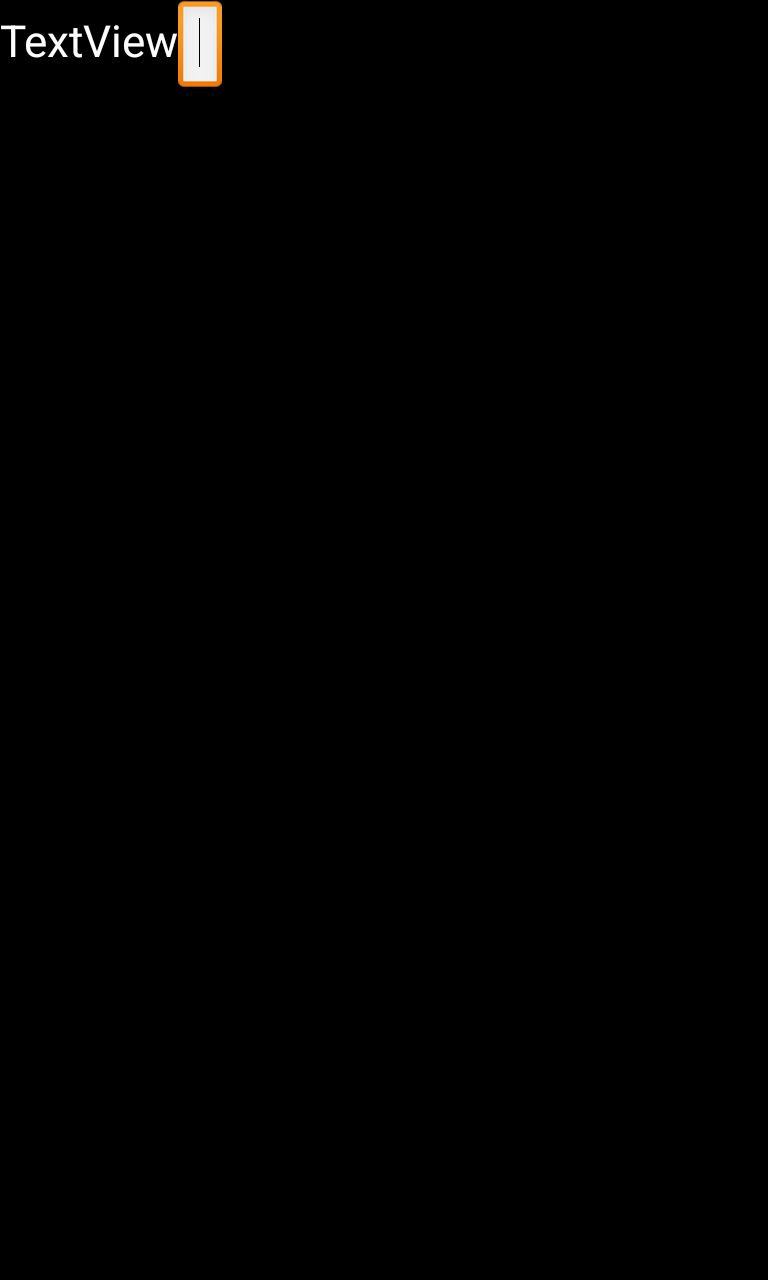
Repository: ebu/ebu-broadcast-hotspot
Layout: eclipse/broadcastinghotspot/res/layout/configuration.xml
These files come from the project's save history. The layout is drawn as it stood at one moment and after the next save; the edit follows.
It is drawn on a 768 x 1280 px phone screen (xhdpi) without system bars, with theme android:Theme; the app's code is not run.

Above is the layout before, as saved 2011-08-29 15:24:00.

### eclipse/broadcastinghotspot/res/layout/configuration.xml
<?xml version="1.0" encoding="utf-8"?>
<LinearLayout
  xmlns:android="http://schemas.android.com/apk/res/android"
  android:orientation="vertical"
  android:layout_width="match_parent"
  android:layout_height="match_parent">


	<TableLayout android:layout_height="wrap_content"
		android:id="@+id/tableLayout1" android:layout_width="match_parent">
		<TableRow android:id="@+id/tableRow1" android:layout_width="wrap_content"
			android:layout_height="wrap_content">

		</TableRow>
		<TableRow android:id="@+id/tableRow2" android:layout_width="wrap_content"
			android:layout_height="wrap_content">
			<LinearLayout android:id="@+id/linearLayout1"
				android:layout_width="wrap_content" android:layout_height="wrap_content">
				<TextView android:textAppearance="?android:attr/textAppearanceLarge"
				android:id="@+id/textView1" android:text="TextView"
				android:layout_height="wrap_content" android:layout_width="wrap_content"></TextView>
			<EditText android:id="@+id/editText1" android:layout_height="wrap_content"
				android:layout_width="match_parent">
				<requestFocus></requestFocus>
			</EditText></LinearLayout>
		</TableRow>
		<TableRow android:id="@+id/tableRow3" android:layout_width="wrap_content"
			android:layout_height="wrap_content"></TableRow>
		<TableRow android:id="@+id/tableRow4" android:layout_width="wrap_content"
			android:layout_height="wrap_content"></TableRow>
	</TableLayout>


</LinearLayout>

After the next save:
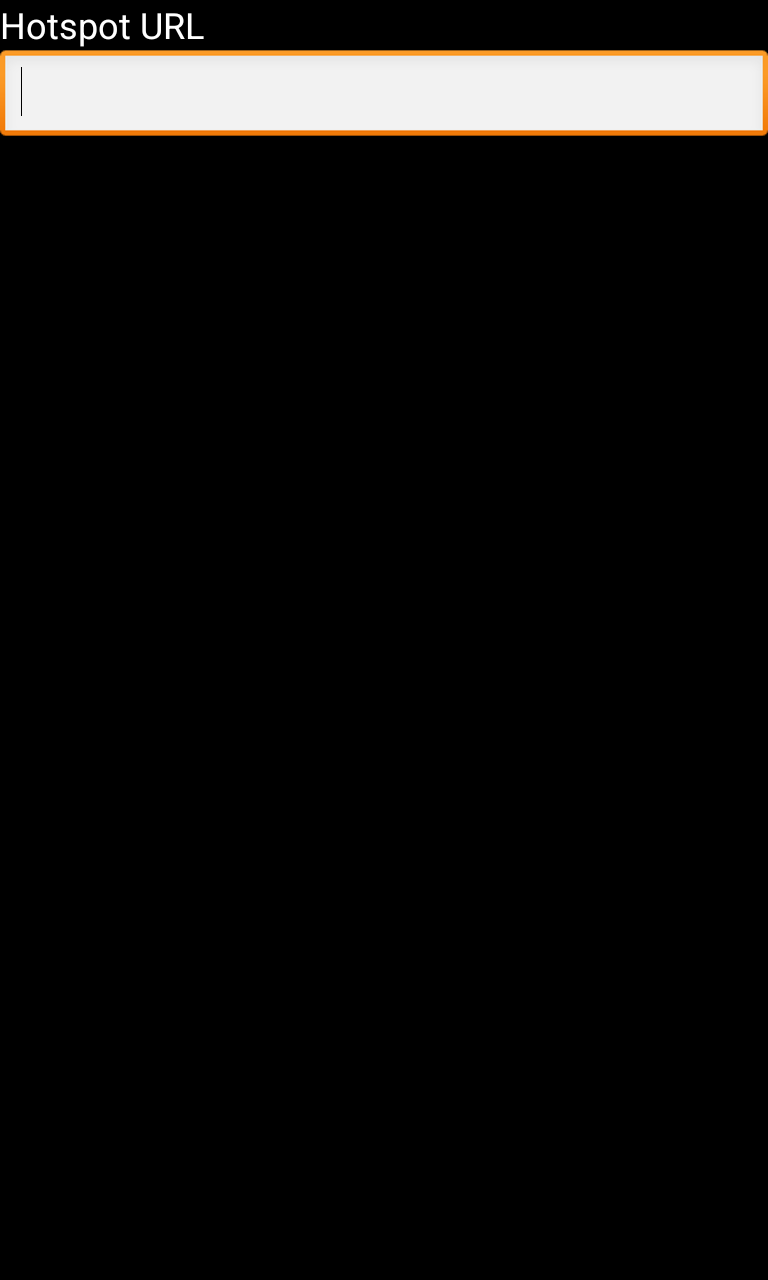
Saved 3 min 20 s later.
--- a/eclipse/broadcastinghotspot/res/layout/configuration.xml
+++ b/eclipse/broadcastinghotspot/res/layout/configuration.xml
@@ -1,34 +1,15 @@
 <?xml version="1.0" encoding="utf-8"?>
-<LinearLayout
-  xmlns:android="http://schemas.android.com/apk/res/android"
-  android:orientation="vertical"
-  android:layout_width="match_parent"
-  android:layout_height="match_parent">
+<LinearLayout xmlns:android="http://schemas.android.com/apk/res/android"
+	android:orientation="vertical" android:layout_width="match_parent"
+	android:layout_height="match_parent" android:weightSum="1">
 
+	<TextView android:textAppearance="?android:attr/textAppearanceMedium"
+		android:id="@+id/textView1" android:text="Hotspot URL"
+		android:layout_height="wrap_content" android:layout_width="wrap_content"></TextView>
 
-	<TableLayout android:layout_height="wrap_content"
-		android:id="@+id/tableLayout1" android:layout_width="match_parent">
-		<TableRow android:id="@+id/tableRow1" android:layout_width="wrap_content"
-			android:layout_height="wrap_content">
-
-		</TableRow>
-		<TableRow android:id="@+id/tableRow2" android:layout_width="wrap_content"
-			android:layout_height="wrap_content">
-			<LinearLayout android:id="@+id/linearLayout1"
-				android:layout_width="wrap_content" android:layout_height="wrap_content">
-				<TextView android:textAppearance="?android:attr/textAppearanceLarge"
-				android:id="@+id/textView1" android:text="TextView"
-				android:layout_height="wrap_content" android:layout_width="wrap_content"></TextView>
-			<EditText android:id="@+id/editText1" android:layout_height="wrap_content"
-				android:layout_width="match_parent">
-				<requestFocus></requestFocus>
-			</EditText></LinearLayout>
-		</TableRow>
-		<TableRow android:id="@+id/tableRow3" android:layout_width="wrap_content"
-			android:layout_height="wrap_content"></TableRow>
-		<TableRow android:id="@+id/tableRow4" android:layout_width="wrap_content"
-			android:layout_height="wrap_content"></TableRow>
-	</TableLayout>
-
+	<EditText android:id="@+id/confUrl" android:layout_height="wrap_content"
+		android:layout_width="match_parent">
+		<requestFocus>bla</requestFocus>
+	</EditText>
 
 </LinearLayout>
